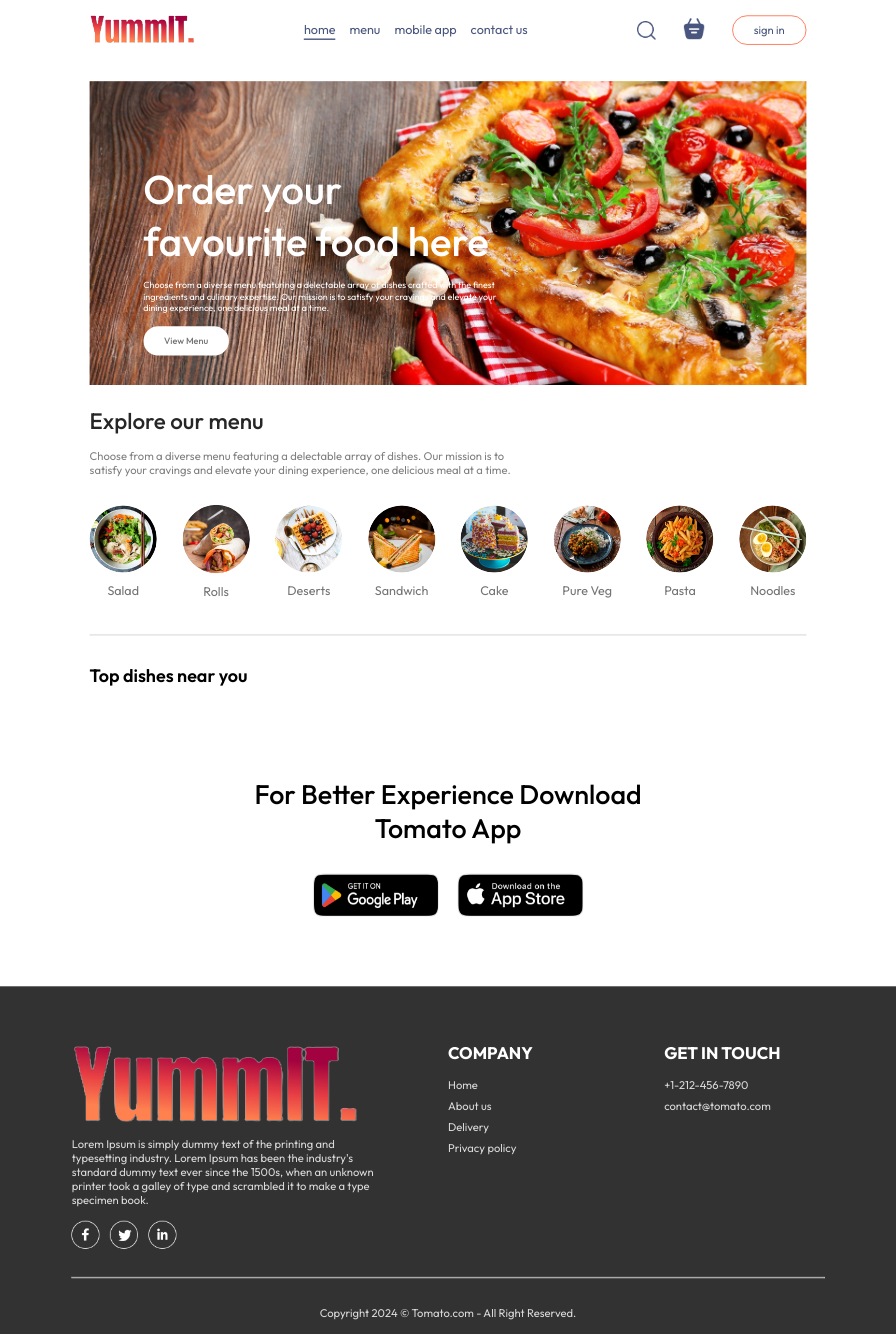
Repository: RiteshDumpala/FoodDelivery_website
Page: / (app in food-del/frontend/)
The author's editor kept a copy of each file at every save. The page is drawn from the files as they stood at one save, then again after the next save.
The browser window is 1280 px wide. The pictures show the whole page, at 70% of full size.
The page's requests for data from a server got no answer. The project was rebuilt for these pictures with package versions that can differ from the ones it lists, and the page was loaded fresh each time. No one was signed in, and anything a server would have sent is missing. Also part of the build but not shown: food-del/frontend/vite.config.js, food-del/frontend/src/components/FoodItem/FoodItem.css, food-del/frontend/src/components/FoodItem/FoodItem.jsx, food-del/frontend/src/pages/Cart/Cart.css, food-del/frontend/src/pages/Cart/Cart.jsx, food-del/frontend/src/components/LoginPopup/LoginPopup.css, food-del/frontend/src/components/LoginPopup/LoginPopup.jsx, food-del/frontend/src/pages/PlaceOrder/PlaceOrder.css and 5 more.

Above is the page before, as saved 2024-12-01 23:03:00.

### food-del/frontend/index.html
<!doctype html>
<html lang="en">
  <head>
    <meta charset="UTF-8" />
    <link rel="icon" type="image/svg+xml" href="/vite.svg" />
    <meta name="viewport" content="width=device-width, initial-scale=1.0" />
    <title>YummIT</title>
  </head>
  <body>
    <div id="root"></div>
    <script type="module" src="/src/main.jsx"></script>
  </body>
</html>

### food-del/frontend/src/Context/StoreContext.jsx
import { createContext, useEffect, useState } from "react";
import { food_list, menu_list } from "../assets/assets";
import axios from "axios";
export const StoreContext = createContext(null);

const StoreContextProvider = (props) => {

    const url = "http://localhost:4000"
    const [food_list, setFoodList] = useState([]);
    const [cartItems, setCartItems] = useState({});
    const [token, setToken] = useState("")
    const currency = "$";
    const deliveryCharge = 5;

    const addToCart = async (itemId) => {
        if (!cartItems[itemId]) {
            setCartItems((prev) => ({ ...prev, [itemId]: 1 }));
        }
        else {
            setCartItems((prev) => ({ ...prev, [itemId]: prev[itemId] + 1 }));
        }
        if (token) {
            await axios.post(url + "/api/cart/add", { itemId }, { headers: { token } });
        }
    }

    const removeFromCart = async (itemId) => {
        setCartItems((prev) => ({ ...prev, [itemId]: prev[itemId] - 1 }))
        if (token) {
            await axios.post(url + "/api/cart/remove", { itemId }, { headers: { token } });
        }
    }

    const getTotalCartAmount = () => {
        let totalAmount = 0;
        for (const item in cartItems) {
            try {
              if (cartItems[item] > 0) {
                let itemInfo = food_list.find((product) => product._id === item);
                totalAmount += itemInfo.price * cartItems[item];
            }
            } catch (error) {

            }

        }
        return totalAmount;
    }

    const fetchFoodList = async () => {
        const response = await axios.get(url + "/api/food/list");
        setFoodList(response.data.data)
    }

    const loadCartData = async (token) => {
        const response = await axios.post(url + "/api/cart/get", {}, { headers: token });
        setCartItems(response.data.cartData);
    }

    useEffect(() => {
        async function loadData() {
            await fetchFoodList();
            if (localStorage.getItem("token")) {
                setToken(localStorage.getItem("token"))
                await loadCartData({ token: localStorage.getItem("token") })
            }
        }
        loadData()
    }, [])

    const contextValue = {
        url,
        food_list,
        menu_list,
        cartItems,
        addToCart,
        removeFromCart,
        getTotalCartAmount,
        token,
        setToken,
        loadCartData,
        setCartItems,
        currency,
        deliveryCharge
    };

    return (
        <StoreContext.Provider value={contextValue}>
            {props.children}
        </StoreContext.Provider>
    )

}

export default StoreContextProvider;

### food-del/frontend/src/components/Footer/Footer.jsx
import React from 'react'
import './Footer.css'
import { assets } from '../../assets/assets'

const Footer = () => {
  return (
    <div className='footer' id='footer'>
      <div className="footer-content">
        <div className="footer-content-left">
            <img src={assets.logo} alt="" />
            <p>Lorem Ipsum is simply dummy text of the printing and typesetting industry. Lorem Ipsum has been the industry's standard dummy text ever since the 1500s, when an unknown printer took a galley of type and scrambled it to make a type specimen book.</p>
            <div className="footer-social-icons">
                <img src={assets.facebook_icon} alt="" />
                <img src={assets.twitter_icon} alt="" />
                <img src={assets.linkedin_icon} alt="" />
            </div>
        </div>
        <div className="footer-content-center">
            <h2>COMPANY</h2>
            <ul>
                <li>Home</li>
                <li>About us</li>
                <li>Delivery</li>
                <li>Privacy policy</li>
            </ul>
        </div>
        <div className="footer-content-right">
            <h2>GET IN TOUCH</h2>
            <ul>
                <li>+1-212-456-7890</li>
                <li>contact@tomato.com</li>
            </ul>
        </div>
      </div>
      <hr />
      <p className="footer-copyright">Copyright 2024 © Tomato.com - All Right Reserved.</p>
    </div>
  )
}

export default Footer

### food-del/frontend/src/components/Navbar/Navbar.jsx
import React, { useContext, useEffect, useState } from 'react'
import './Navbar.css'
import { assets } from '../../assets/assets'
import { Link, useNavigate } from 'react-router-dom'
import { StoreContext } from '../../Context/StoreContext'

const Navbar = ({ setShowLogin }) => {

  const [menu, setMenu] = useState("home");
  const { getTotalCartAmount, token ,setToken } = useContext(StoreContext);
  const navigate = useNavigate();

  const logout = () => {
    localStorage.removeItem("token");
    setToken("");
    navigate('/')
  }

  return (
    <div className='navbar'>
      <Link to='/'><img className='logo' src={assets.logo} alt="" /></Link>
      <ul className="navbar-menu">
        <Link to="/" onClick={() => setMenu("home")} className={`${menu === "home" ? "active" : ""}`}>home</Link>
        <a href='#explore-menu' onClick={() => setMenu("menu")} className={`${menu === "menu" ? "active" : ""}`}>menu</a>
        <a href='#app-download' onClick={() => setMenu("mob-app")} className={`${menu === "mob-app" ? "active" : ""}`}>mobile app</a>
        <a href='#footer' onClick={() => setMenu("contact")} className={`${menu === "contact" ? "active" : ""}`}>contact us</a>
      </ul>
      <div className="navbar-right">
        <img src={assets.search_icon} alt="" />
        <Link to='/cart' className='navbar-search-icon'>
          <img src={assets.basket_icon} alt="" />
          <div className={getTotalCartAmount() > 0 ? "dot" : ""}></div>
        </Link>
        {!token ? <button onClick={() => setShowLogin(true)}>sign in</button>
          : <div className='navbar-profile'>
            <img src={assets.profile_icon} alt="" />
            <ul className='navbar-profile-dropdown'>
              <li onClick={()=>navigate('/myorders')}> <img src={assets.bag_icon} alt="" /> <p>Orders</p></li>
              <hr />
              <li onClick={logout}> <img src={assets.logout_icon} alt="" /> <p>Logout</p></li>
            </ul>
          </div>
        }

      </div>
    </div>
  )
}

export default Navbar

### food-del/frontend/src/components/ExploreMenu/ExploreMenu.jsx
import React, { useContext } from 'react'
import './ExploreMenu.css'
import { StoreContext } from '../../Context/StoreContext'

const ExploreMenu = ({category,setCategory}) => {

  const {menu_list} = useContext(StoreContext);

  return (
    <div className='explore-menu' id='explore-menu'>
      <h1>Explore our menu</h1>
      <p className='explore-menu-text'>Choose from a diverse menu featuring a delectable array of dishes. Our mission is to satisfy your cravings and elevate your dining experience, one delicious meal at a time.</p>
      <div className="explore-menu-list">
        {menu_list.map((item,index)=>{
            return (
                <div onClick={()=>setCategory(prev=>prev===item.menu_name?"All":item.menu_name)} key={index} className='explore-menu-list-item'>
                    <img src={item.menu_image} className={category===item.menu_name?"active":""} alt="" />
                    <p>{item.menu_name}</p>
                </div>
            )
        })}
      </div>
      <hr />
    </div>
  )
}

export default ExploreMenu

### food-del/frontend/src/components/FoodDisplay/FoodDisplay.jsx
import React, { useContext } from 'react'
import './FoodDisplay.css'
import FoodItem from '../FoodItem/FoodItem'
import { StoreContext } from '../../Context/StoreContext'

const FoodDisplay = ({category}) => {

  const {food_list} = useContext(StoreContext);

  return (
    <div className='food-display' id='food-display'>
      <h2>Top dishes near you</h2>
      <div className='food-display-list'>
        {food_list.map((item)=>{
          if (category==="All" || category===item.category) {
            return <FoodItem key={item._id} image={item.image} name={item.name} desc={item.description} price={item.price} id={item._id}/>
          }
        })}
      </div>
    </div>
  )
}

export default FoodDisplay

### food-del/frontend/src/components/Footer/Footer.css
.footer{
    color: #D9D9D9;
    background-color: #323232;
    display: flex;
    flex-direction: column;
    align-items: center;
    gap: 20px;
    padding: 20px 8vw;
    padding-top: 80px;
}
.footer-content{
    width: 100%;
    display: grid;
    grid-template-columns: 2fr 1fr 1fr;
    gap: 80px;
}
.footer-content-left , .footer-content-center , .footer-content-right {
    display: flex;
    flex-direction: column;
    align-items: start;
    gap: 20px;
}
.footer-content-left ul li, .footer-content-center ul li, .footer-content-right ul li{
    margin-bottom: 10px;
    list-style: none;
}
.footer-content-left h2, .footer-content-center h2, .footer-content-right h2{
    color: white;
}
.footer-social-icons img{
    width: 40px;
}
.footer-social-icons{
    display: flex;
    gap: 15px;
}
.footer li{
    cursor: pointer;
}
.footer hr{
    width: 100%;
    height: 2px;
    margin: 20px 0px;
}
@media (max-width:750px) {
    .footer-content{
        display: flex;
        flex-direction: column;
        gap: 35px;
    }
    .footer-copyright{
        text-align: center;
    }
}

### food-del/frontend/src/components/Navbar/Navbar.css
.navbar {
    padding: 20px 0px;
    display: flex;
    justify-content: space-between;
    align-items: center;
}

.navbar .logo {
    width: 150px;
}

.navbar-menu {
    display: flex;
    list-style: none;
    gap: 20px;
    color: #49557E;
    font-size: 18px;
}

.navbar-menu .active {
    padding-bottom: 2px;
    border-bottom: 2px solid #49557E;
}

.navbar-right {
    display: flex;
    align-items: center;
    gap: 40px;
}

.navbar-search-icon{
position: relative;
}

.navbar-search-icon .dot{
    position: absolute;
    min-width: 10px;
    min-height: 10px;
    background-color: #FF4C24;
    border-radius: 5px;
    top: -8px;
    right: -8px;
}

.navbar-right button {
    background: transparent;
    font-size: 16px;
    color: #49557E;
    border: 1px solid #FF4C24;
    padding: 10px 30px;
    border-radius: 50px;
    cursor: pointer;
    transition: 0.3s;
}

.navbar-right button:hover {
    background: #fff4f2;
}

.navbar-profile{
    position: relative;

}
.navbar-profile-dropdown{
    position: absolute;
    display: none;
    right: 0;
    z-index: 1;
}
.navbar-profile-dropdown li{
    display: flex;
    align-items: center;
    gap: 10px;
    cursor: pointer;
}
.navbar-profile-dropdown img{
    width: 20px;
}
.navbar-profile-dropdown li:hover{
    color: #FF4C24;
}
.navbar-profile:hover .navbar-profile-dropdown{
    display: flex;
    flex-direction: column;
    gap: 10px;
    background-color: #fff2ef;
    padding: 12px 25px;
    border-radius: 4px;
    border: 1px solid tomato;
    outline: 2px solid white;
    list-style: none;
}
.navbar-profile hr{
    background-color: gray;
    height: 1px;
    border: none;
}
@media (max-width:1050px) {
    .navbar .logo {
        width: 140px;
    }

    .navbar-menu {
        gap: 20px;
        font-size: 17px;
    }

    .navbar-right {
        gap: 30px;
    }

    .navbar-right img {
        width: 22px;
    }

    .navbar-right button {
        padding: 8px 25px;
    }
}

@media (max-width:900px) {
    .navbar .logo {
        width: 120px;
    }

    .navbar-menu {
        gap: 15px;
        font-size: 16px;
    }

    .navbar-right {
        gap: 20px;
    }

    .navbar-right img {
        width: 20px;
    }

    .navbar-right button {
        font-size: 15px;
        padding: 7px 20px;
    }
}

@media (max-width:750px) {
    .navbar-menu {
        display: none;
    }
}

### food-del/frontend/src/components/Header/Header.css
.header{
    height: 34vw;
    margin: 30px auto;
    background: url('/header_img.png') no-repeat;
    background-size:contain;
    position: relative;
}
.header-contents{
    position: absolute;
    display: flex;
    flex-direction: column;
    align-items: start;
    gap: 1.5vw;
    max-width: 50%;
    bottom: 10%;
    left: 6vw;
    animation: fadeIn 3s;
}
.header-contents h2{
    font-weight:500;
    color: white;
    font-size: max(4.5vw,22px);
}
.header-contents p{
    color: white;
    font-size: 1vw;
}
.header-contents button{
    border: none;
    color: #747474;
    font-weight: 500;
    padding: 1vw 2.3vw;
    background: white;
    font-size: max(1vw,13px);
    border-radius: 50px;
}
@media (max-width:1050px) {
    .header{
        height: 38vw;
    }
    .header-contents{
        max-width: 45%;
    }
}
@media(max-width:750px){
    .header-contents{
        max-width: 55%;
    }
    .header-contents p{
       display: none;
    }
    .header-contents button{
        padding: 2vw 4vw;
    }
}

### food-del/frontend/src/components/ExploreMenu/ExploreMenu.css
.explore-menu{
    display: flex;
    flex-direction: column;
    gap: 20px;
}
.explore-menu h1{
    color: #262626;
    font-weight: 500;
}
.explore-menu-text{
    max-width: 60%;
    color: #808080;
}
.explore-menu-list{
    display: flex;
    justify-content: space-between;
    align-items: center;
    gap: 30px;
    text-align: center;
    margin: 20px 0px;
    overflow-x: scroll;
}
.explore-menu-list::-webkit-scrollbar{
    display: none;
}
.explore-menu-list-item img{
    width: 7.5vw;
    min-width: 80px;
    cursor: pointer;
    border-radius: 50%;
    transition: 0.2s;
}
.explore-menu-list-item .active{
    border: 4px solid tomato;
    padding: 2px;
}
.explore-menu-list-item p{
    margin-top: 10px;
    color: #747474;
    font-size: max(1.4vw,16px);
    cursor: pointer;
}
.explore-menu hr{
    margin: 10px 0px;
    height: 2px;
    background-color: #E2E2E2;
    border: none;
}
@media (max-width:1050px) {
    .explore-menu-text{
        max-width: 100%;
        font-size: 14px;
    }
}

Loaded but not shown: food-del/frontend/src/main.jsx (common file); food-del/frontend/src/App.jsx (common file); food-del/frontend/src/index.css (common file); food-del/frontend/src/pages/Home/Home.jsx (common file); food-del/frontend/src/components/Header/Header.jsx (common file); food-del/frontend/src/components/AppDownload/AppDownload.jsx (common file); food-del/frontend/src/components/FoodDisplay/FoodDisplay.css (common file); food-del/frontend/src/components/AppDownload/AppDownload.css (common file); food-del/frontend/src/assets/assets.js (354 lines, source omitted)

After the next save:
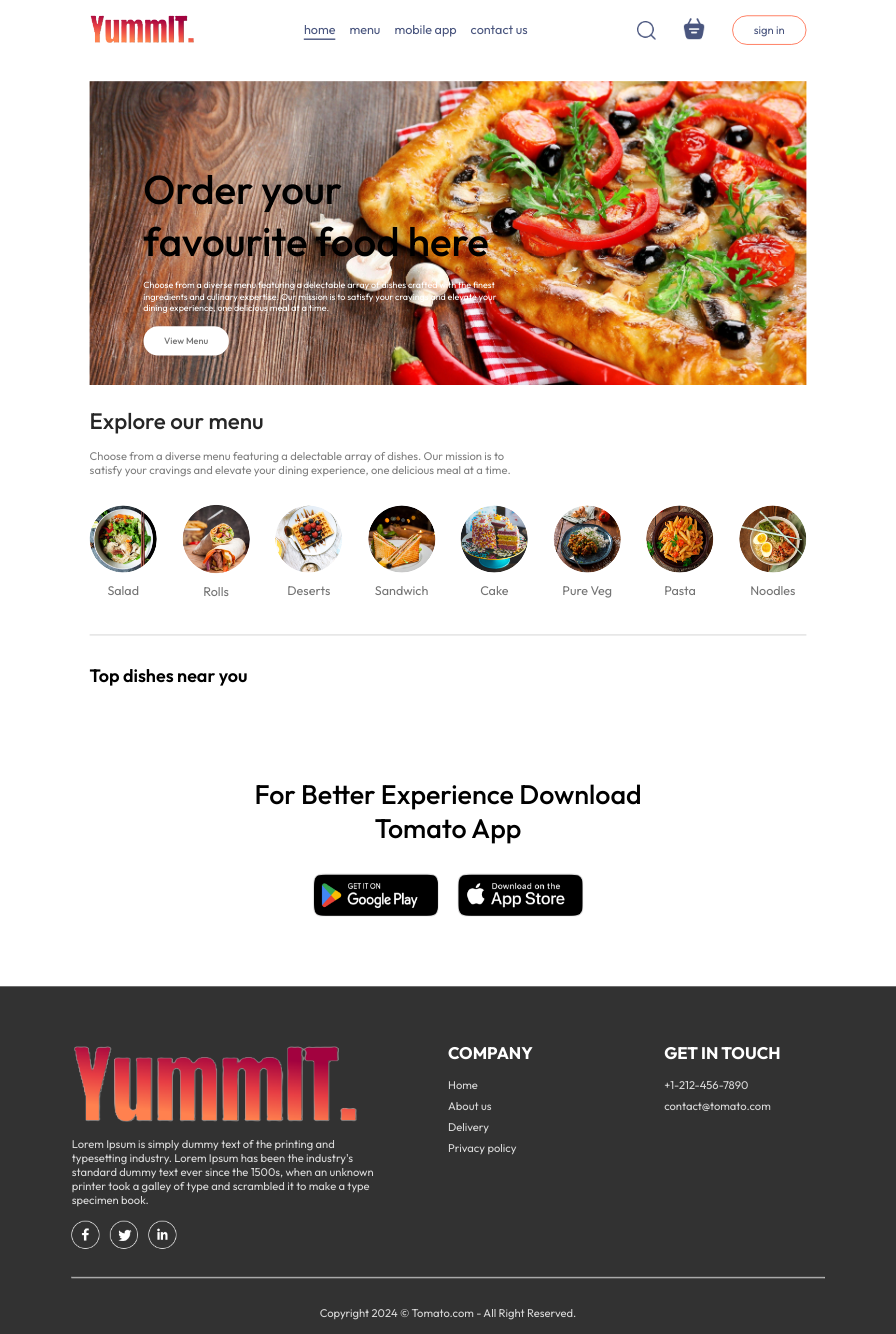
Saved 13 h 17 min later.
--- a/food-del/frontend/src/components/Header/Header.css
+++ b/food-del/frontend/src/components/Header/Header.css
@@ -18,7 +18,7 @@
 }
 .header-contents h2{
     font-weight:500;
-    color: white;
+    color: black;
     font-size: max(4.5vw,22px);
 }
 .header-contents p{
